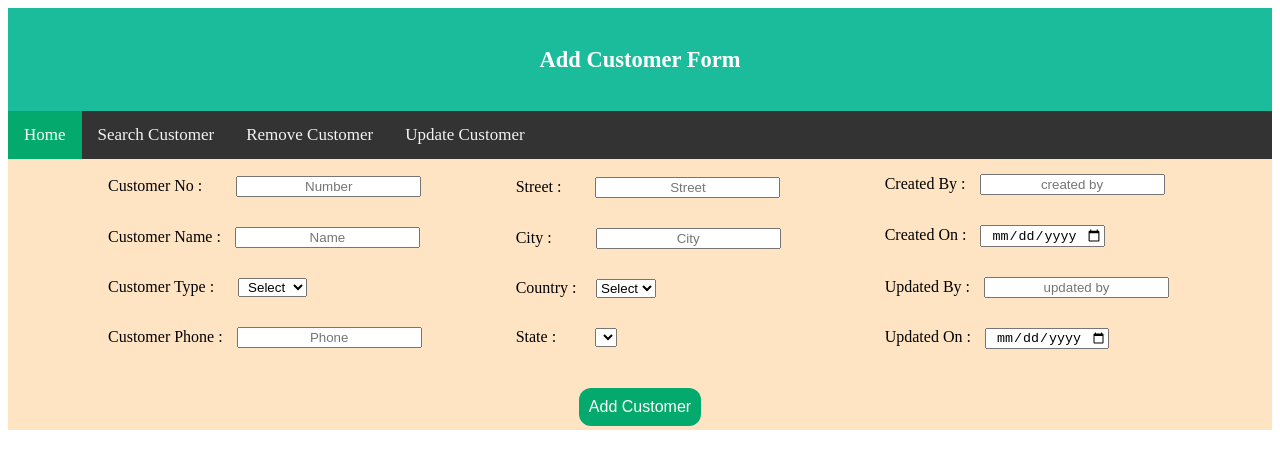
Repository: ParamMalik/Project-1
Page: http://localhost/projectcustomer/addcustomer.jsp
An editor plug-in stored every save of this project. The page is shown before and after the next save, followed by the edit.
The browser window is 1280 px wide. The pictures show the whole page.
The page is served by Tomcat 9. The template is opened directly, without the code that normally fills it, so the values that code supplies are empty.

Above is the page before, as saved 2021-12-06 15:11:25.

After the next save:
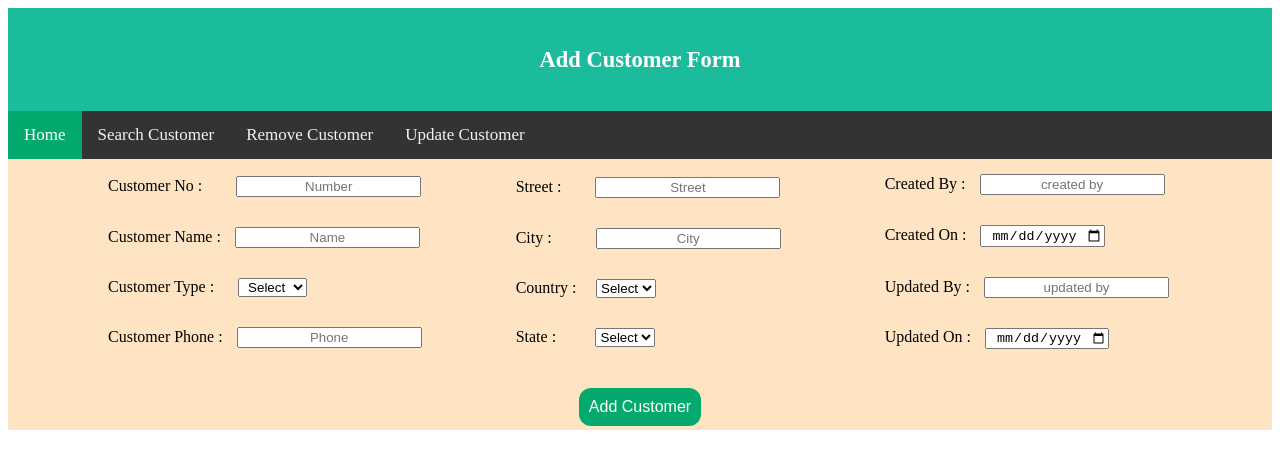
Saved 19 s later.
--- a/Trantor Project 1/projectcustomer/src/main/webapp/addcustomer.jsp
+++ b/Trantor Project 1/projectcustomer/src/main/webapp/addcustomer.jsp
@@ -148,6 +148,7 @@
 				<div>
 					<label id="centermargin" style="margin-right: 35px;">State
 						: </label><select id="state" name="state" >
+						<option>Select</option>
 
 
 					</select>

After the save that followed:
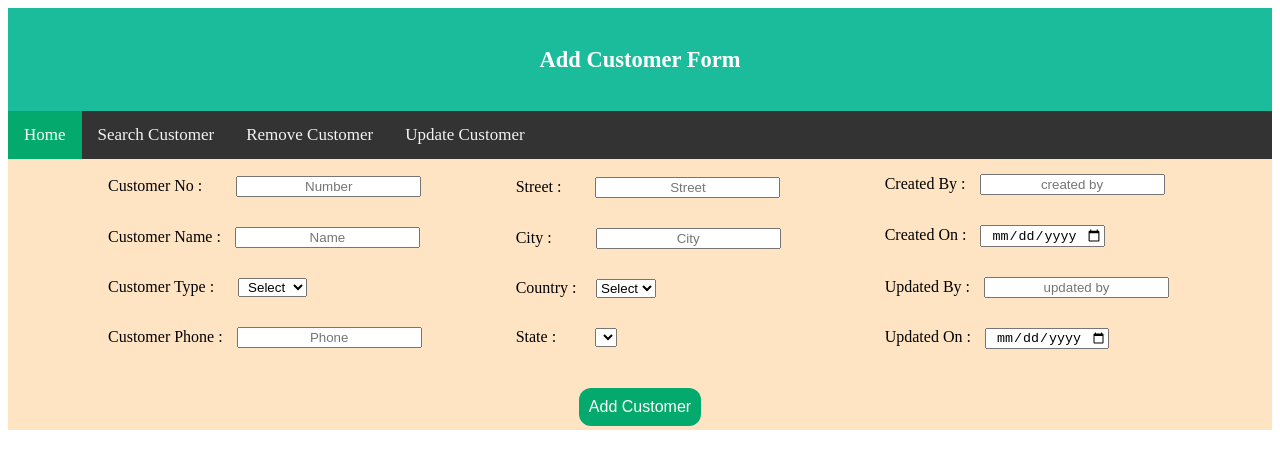
Saved 40 s later.
--- a/Trantor Project 1/projectcustomer/src/main/webapp/addcustomer.jsp
+++ b/Trantor Project 1/projectcustomer/src/main/webapp/addcustomer.jsp
@@ -148,7 +148,7 @@
 				<div>
 					<label id="centermargin" style="margin-right: 35px;">State
 						: </label><select id="state" name="state" >
-						<option>Select</option>
+
 
 
 					</select>
